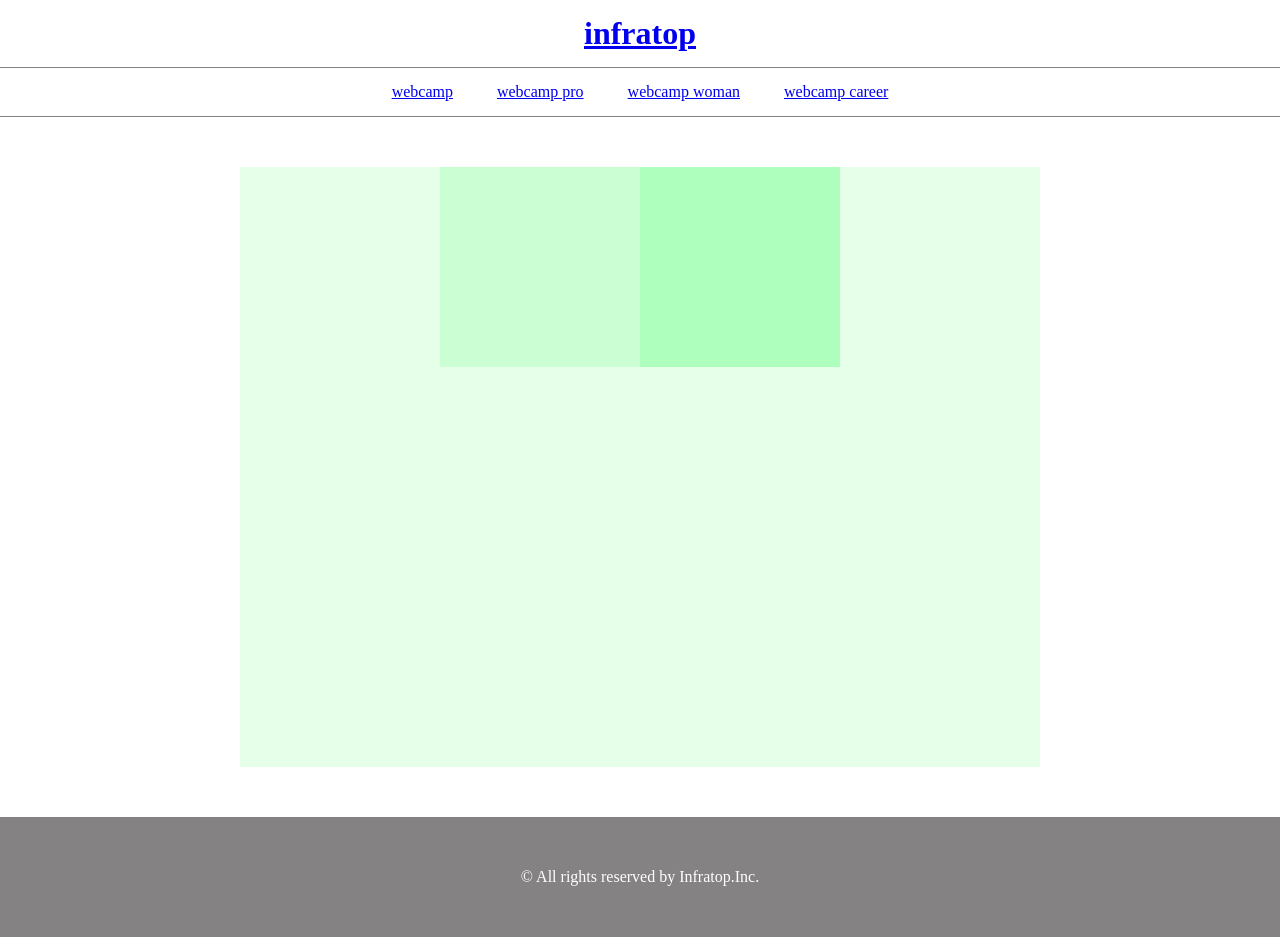
Repository: Nao002/practice
Page: html-practice5/index.html
The author's editor kept a record of every edit. The page is drawn from the files as they stood at one moment, then again after the next edit.
The browser window is 1280 px wide. The pictures show the whole page.

Above is the page before.

### html-practice5/index.html
<!DOCTYPE html>
<html lang="ja">
  <head>
    <meta charset="UTF-8" />
    <!-- CSSファイルの読み込み -->
    <link rel="stylesheet" href="style.css" />
    <title>infratop</title>
  </head>

  <body>
    <!-- header -->
    <header>
      <h1 class="heading">
        <a href="index.html">
          infratop
        </a>
      </h1>
    </header>

     <!-- navigation -->
    <nav>
      <ul class="nav-list">
        <li class="nav-list-item">
          <a href="index.html">webcamp</a>
        </li>
        <li class="nav-list-item">
          <a href="index.html">webcamp pro</a>
        </li>
        <li class="nav-list-item">
          <a href="index.html">webcamp woman</a>
        </li>
        </li>
        <li class="nav-list-item">
          <a href="index.html">webcamp career</a>
        </li>
      </ul>
    </nav>

    <!-- main-visual用のdiv -->
    <div class="main-visual">
      <div class="main-visual-content">
        <div class="main-visual-color color1"></div>
        <div class="main-visual-color color2"></div>
        <div class="main-visual-color color3"></div>
        <div class="main-visual-color color4"></div>
        <div class="main-visual-color color5"></div>
        <div class="main-visual-color color6"></div>
        <div class="main-visual-color color7"></div>
        <div class="main-visual-color color8"></div>
        <div class="main-visual-color color9"></div>
        <div class="main-visual-color color10"></div>
        <div class="main-visual-color color12"></div>
        <div class="main-visual-color color12"></div>
      </div>
    </div>

    <!-- footer -->
    <footer>
      <p class="footer-text">© All rights reserved by Infratop.Inc.</p>
    </footer>

  </body>
</html>

### html-practice5/style.css
/* ブラウザがそれぞれ持っているCSSをリセットするための記述 */
* {
  margin: 0;
  padding: 0;
  box-sizing: border-box;
}

header {
  width: 90%;
  padding: 15px 0;
  margin: 0 auto;
  text-align: center;
}

header .heading { /* headerタグ内のheadingクラスにのみ反映される */
  font-size: 32px;
}

.nav-list {
  text-align: center;
  padding: 15px 0;
  margin: 0 auto;
  border-top: 1px solid #848282;
  border-bottom: 1px solid #848282;
}

.nav-list-item {
  list-style: none;
  display: inline-block;
  margin: 0 20px;
}

.main-visual {
  width: 100%; /* 横幅いっぱい */
  height: 650px; /* 高さ300px */
}

.main-visual-content {
  width: 800px; /* 横幅350px */
  height: 300px; /* 親の高さに揃える */
  flex-wrap: wrap;
  margin: 50px auto;
  font-size: 0;
}

.main-visual-color{
  display: inline-block;
  width: 200px;
  height: 200px;
  background-color: #FF0000;
  font-size: 0;
}

.color1{
  background-color: #e6ffe9;
}

.color2{
  background-color: #cbffd3;
}

.color3{
  background-color: #aeffbd;
}

.color4{
  background-color: #e6ffe9
}

.color5{
  background-color: #e6ffe9
}

.color6{
  background-color: #e6ffe9
}
.color7{
  background-color: #e6ffe9
}

.color8{
  background-color: #e6ffe9
}

.color9{
  background-color: #e6ffe9
}

.color10{
  background-color: #e6ffe9
}

.color11{
  background-color: #e6ffe9
}

.color12{
  background-color: #e6ffe9
}


footer {
  width: 100%;
  height: 120px;
  text-align: center;
  line-height: 120px;
  background-color: #848282;
}

.footer-text {
  color: #fff;
}

After the next edit:
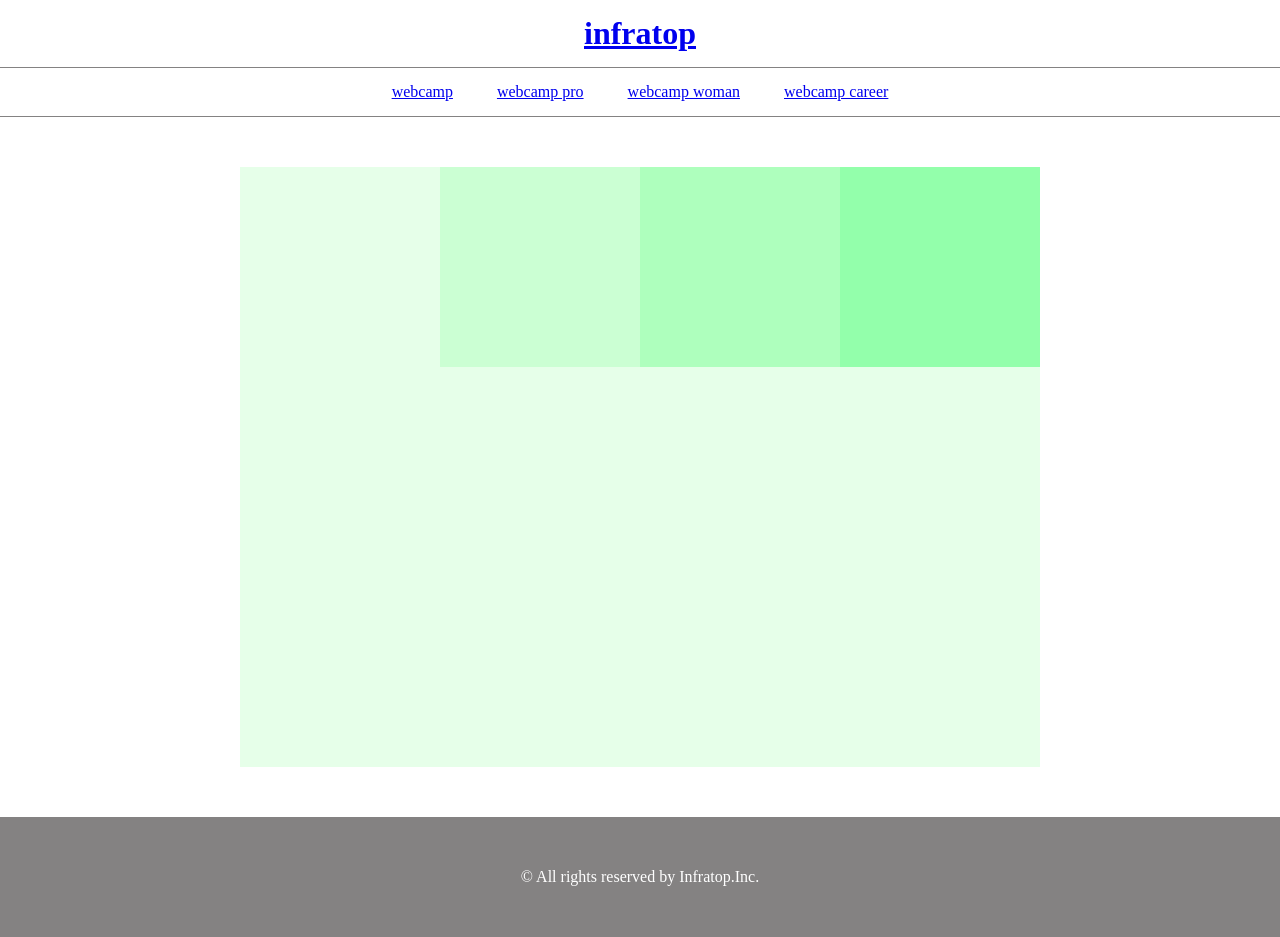
The edit:
--- a/html-practice5/style.css
+++ b/html-practice5/style.css
@@ -64,7 +64,7 @@
 }
 
 .color4{
-  background-color: #e6ffe9
+  background-color: #93ffab;
 }
 
 .color5{
